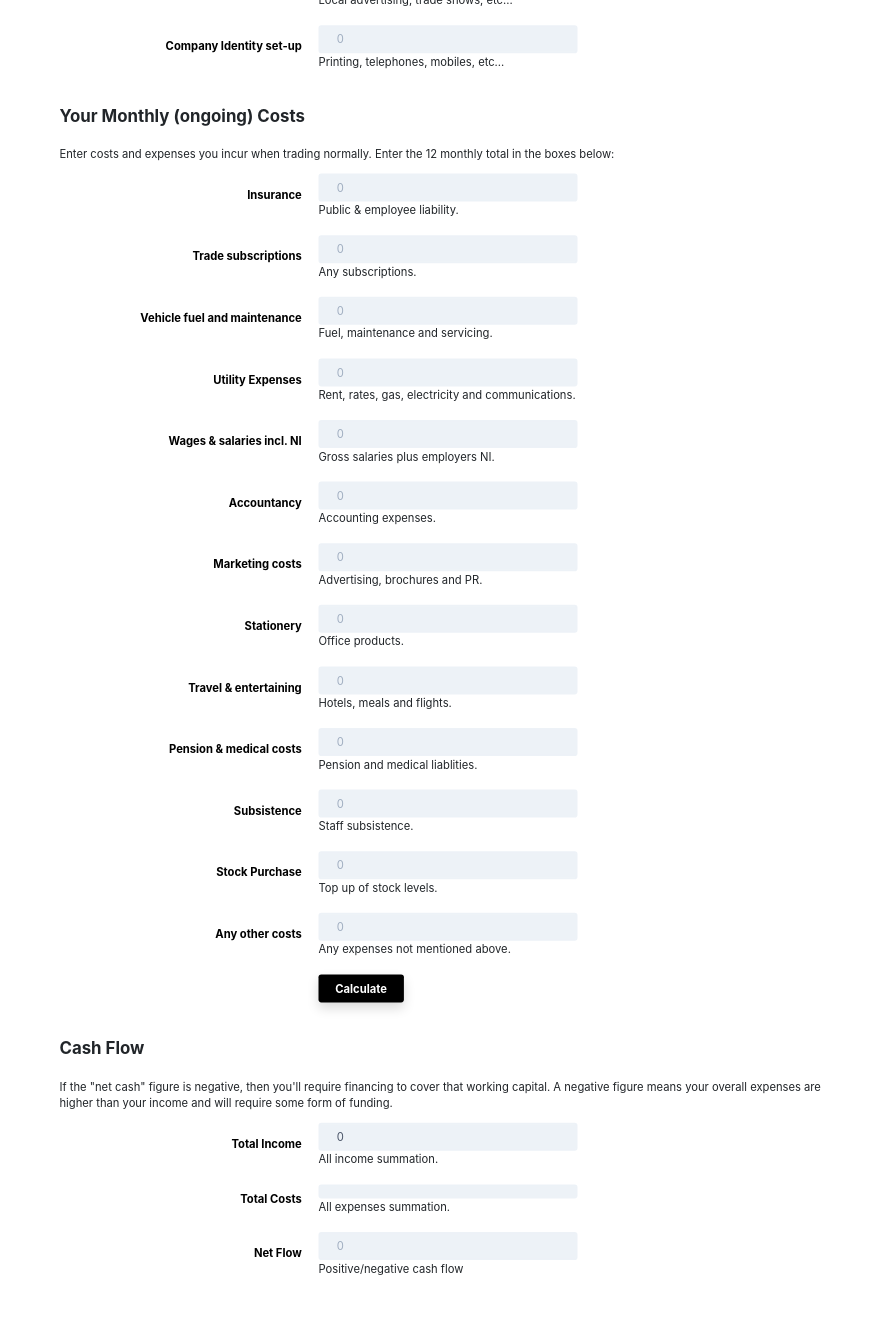
Repository: latenightsnacc/Financial-Forecast
Page: financial-forecast.html
These files come from the project's save history. The page is drawn as it stood at one moment and after the next save; the edit follows.
The browser window is 1280 px wide. The pictures show the part of the page from y = 1050 to 2970 px (the page is 2946 px tall before and 2970 px after), at 70% of full size.

Above is the page before, as saved 2020-11-23 10:58:26.

After the next save:
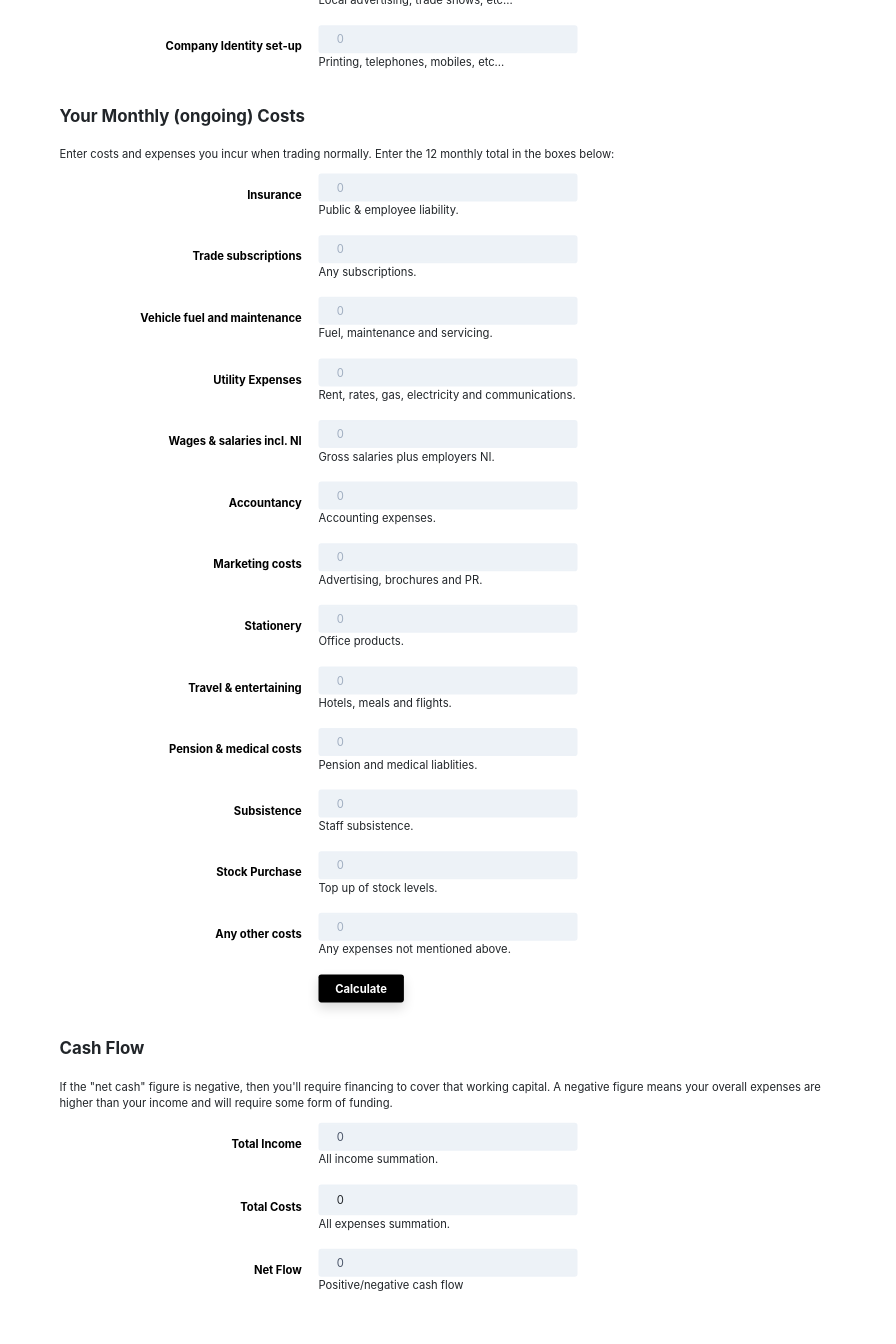
Saved 2 min 45 s later.
--- a/financial-forecast.html
+++ b/financial-forecast.html
@@ -318,7 +318,7 @@
             <!--Total Income-->
             <div class="md:flex md:items-center mb-6">
                 <div class="md:w-1/3">
-                    <label class="block text-black font-bold md:text-right mb-1 md:mb-0 pr-4" for="total-income" placeholder="0">
+                    <label class="block text-black font-bold md:text-right mb-1 md:mb-0 pr-4" for="total-income">
                         Total Income
                     </label>
                 </div>
@@ -330,24 +330,24 @@
             <!--Total Costs-->
             <div class="md:flex md:items-center mb-6">
                 <div class="md:w-1/3">
-                    <label class="block text-black font-bold md:text-right mb-1 md:mb-0 pr-4" for="total-costs" placeholder="0">
+                    <label class="block text-black font-bold md:text-right mb-1 md:mb-0 pr-4" for="total-costs">
                         Total Costs
                     </label>
                 </div>
                 <div class="md:w-1/3">
-                    <div class="bg-gray-200 appearance-none border-2 border-gray-200 rounded w-full py-2 px-4" id="total-costs"></div>
+                    <div class="bg-gray-200 appearance-none border-2 border-gray-200 rounded w-full py-2 px-4" id="total-costs">0</div>
                     <span class="eg">All expenses summation.</span>
                 </div>
             </div>
             <!--Net Flow-->
             <div class="md:flex md:items-center mb-6">
                 <div class="md:w-1/3">
-                    <label class="block text-black font-bold md:text-right mb-1 md:mb-0 pr-4" for="net-flow-value" placeholder="0">
+                    <label class="block text-black font-bold md:text-right mb-1 md:mb-0 pr-4" for="net-flow-value">
                         Net Flow
                     </label>
                 </div>
                 <div class="md:w-1/3">
-                    <input class="bg-gray-200 appearance-none border-2 border-gray-200 rounded w-full py-2 px-4 text-gray-700 leading-tight focus:outline-none focus:bg-white focus:border-grey-500" id="net-flow-value" type="text" placeholder="0">
+                    <div class="bg-gray-200 appearance-none border-2 border-gray-200 rounded w-full py-2 px-4 text-gray-700 leading-tight focus:outline-none focus:bg-white focus:border-grey-500" id="net-flow-value" >0</div>
                     <span class="eg">Positive/negative cash flow</span>
                 </div>
             </div>
